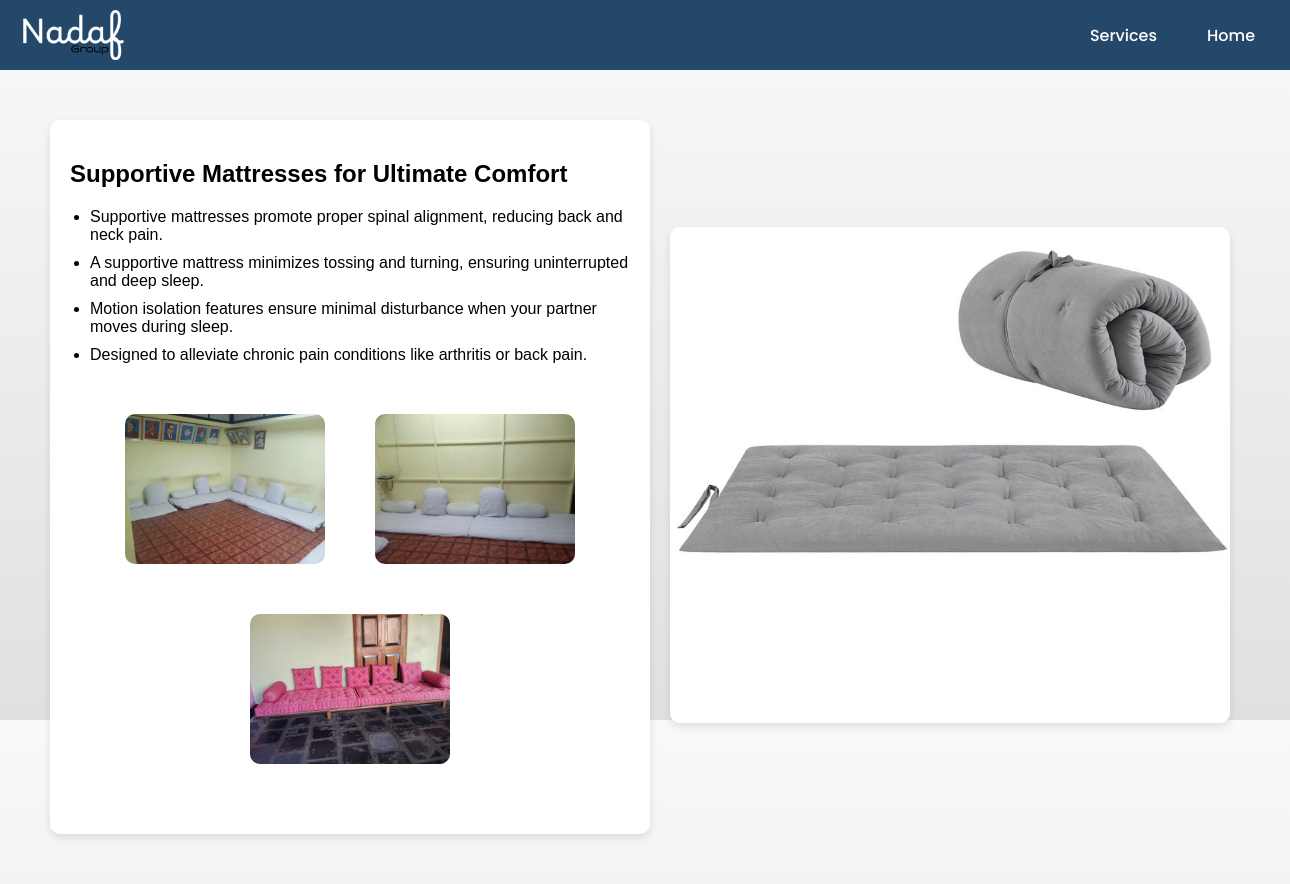
Repository: nadafgroup/rashidgadiUI
Page: src/rent.html
An editor plug-in stored every save of this project. The page is shown before and after the next save, followed by the edit.
The browser window is 1280 px wide. The page is 1290 px wide, so the pictures cover 1290 px, including what lies to the right of the window. The pictures show the whole page.

Above is the page before, as saved 2025-01-29 15:47:39.
Console error: TypeError: Cannot read properties of null (reading 'addEventListener')

After the next save:
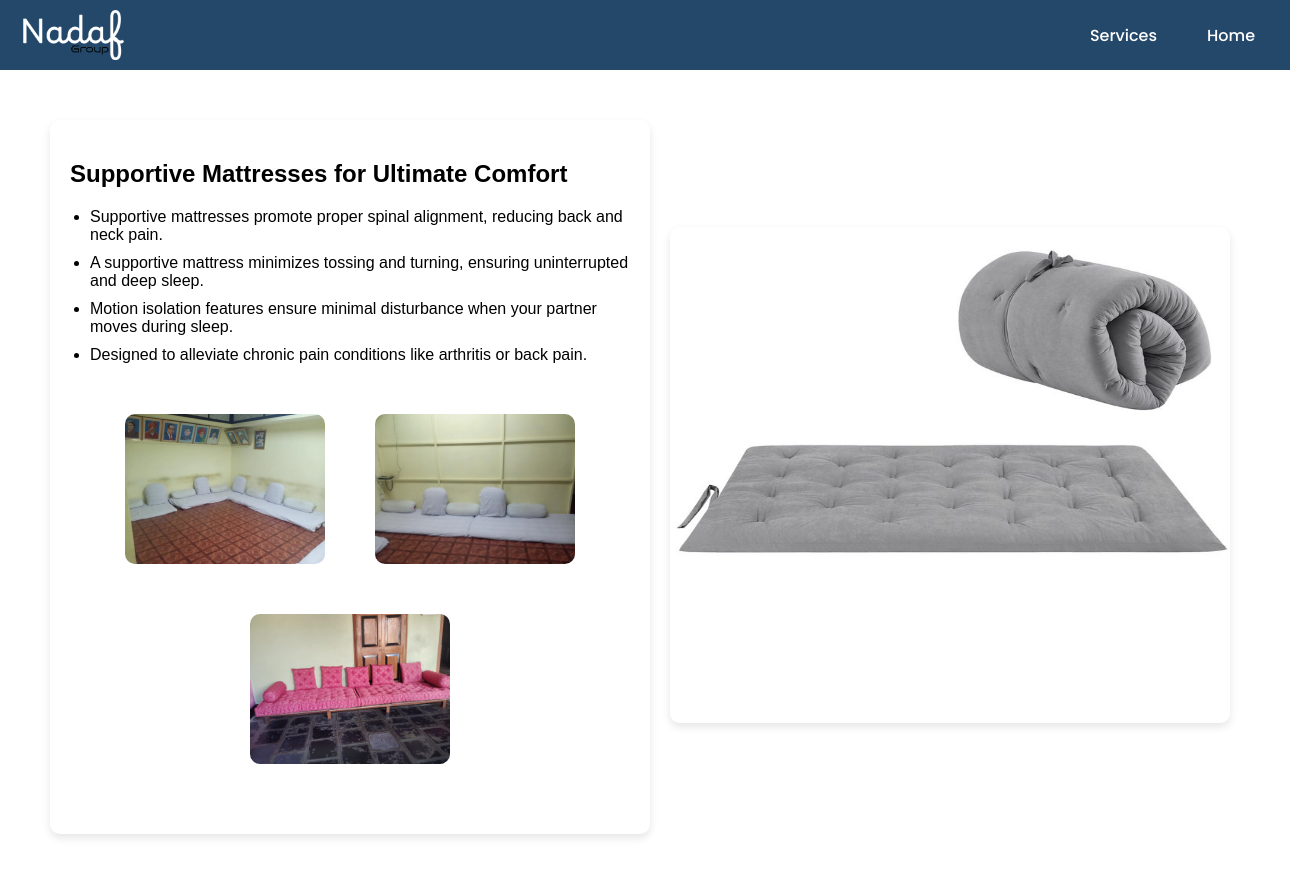
Saved 32 s later.
--- a/src/products.css
+++ b/src/products.css
@@ -21,7 +21,7 @@ body {
     display: flex;
     flex-direction: column;
     align-items: center;
-    background: linear-gradient(to bottom, #f9f9f9, #e0e0e0);
+    /* background: linear-gradient(to bottom, #f9f9f9, #e0e0e0); */
     height: 100vh;
 }
 
